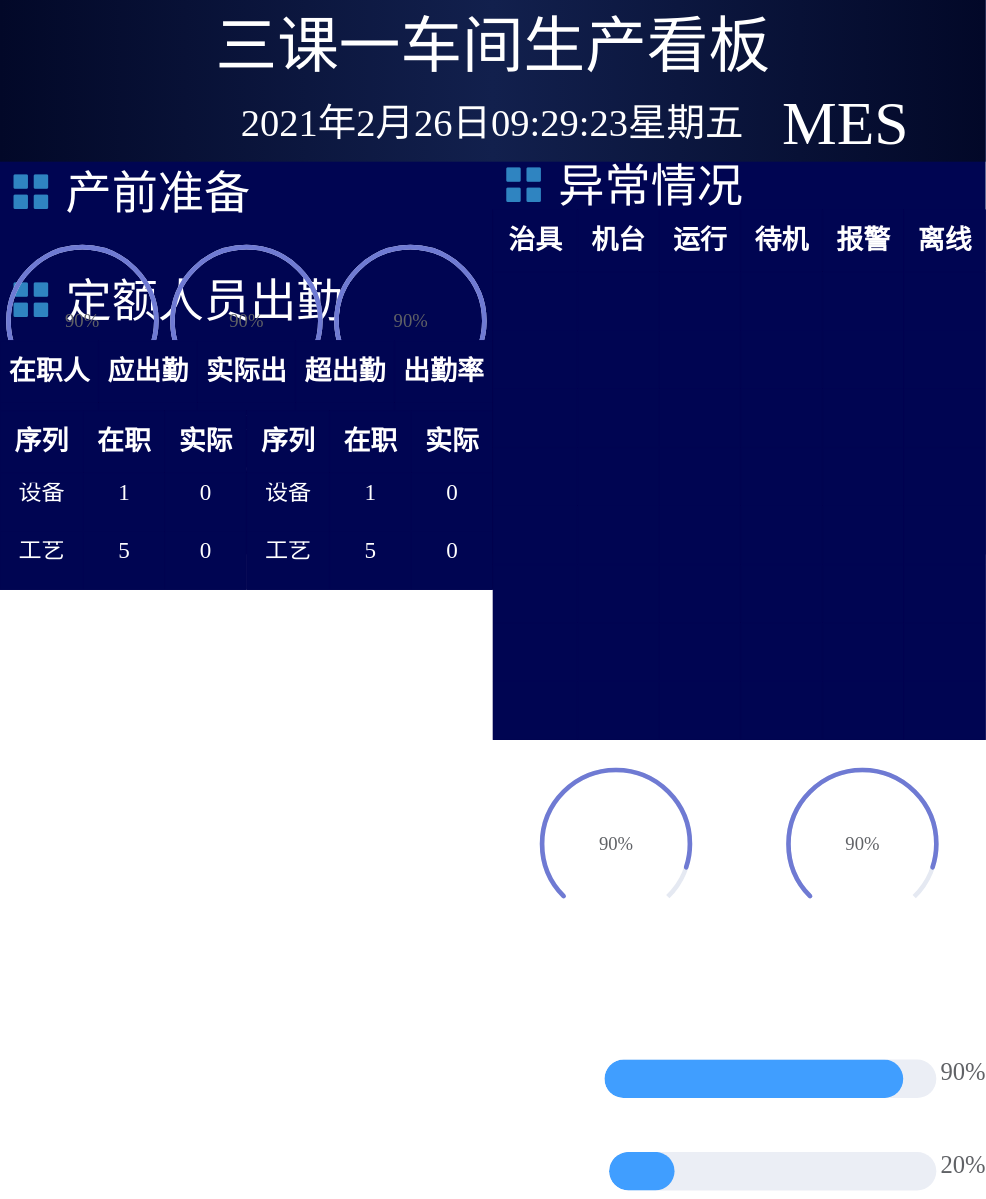
Repository: Bimbaloo/pv-view
Page: a.html
These files come from the project's save history. The page is drawn as it stood at one moment and after the next save; the edit follows.
The browser window is 1280 px wide. The pictures show the whole page, at 77% of full size.

Above is the page before, as saved 2021-05-14 15:23:55.
Console error: ReferenceError: echarts is not defined

After the next save:
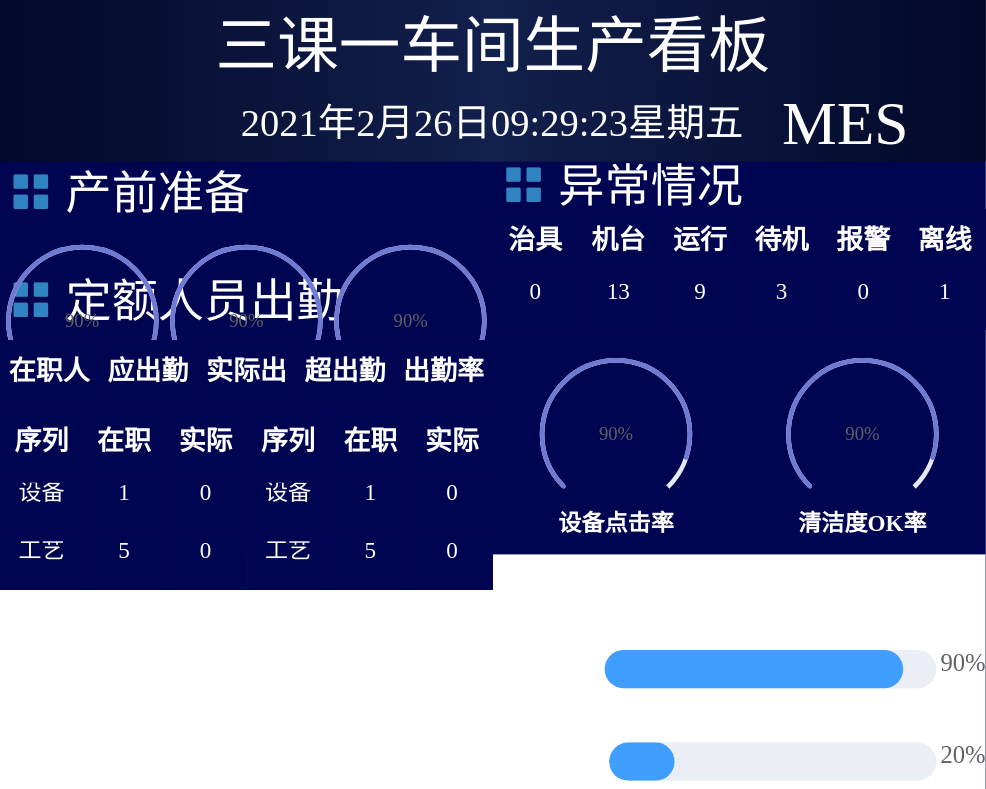
Saved 28 s later.
--- a/base.js
+++ b/base.js
@@ -123,7 +123,7 @@ var Main = new Vue({
           align: 'center',
         }
       ],
-      data4: [{
+      data5: [{
         Achievement: '50%',
         material: '50%',
         UPH: 2000,
